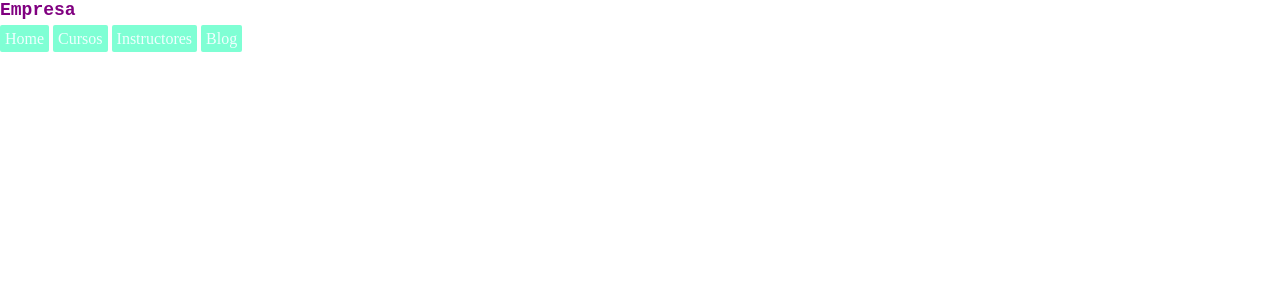
Repository: Daniel009980/daniel0099980
Page: especificidad/index.html
An editor plug-in stored every save of this project. The page is shown before and after the next save, followed by the edit.
The browser window is 1280 px wide. The pictures show the whole page.

Above is the page before, as saved 2022-09-14 22:29:40.

### especificidad/index.html
<!DOCTYPE html>
<html lang="en">
<head>
    <meta charset="UTF-8">
    <meta http-equiv="X-UA-Compatible" content="IE=edge">
    <meta name="viewport" content="width=device-width, initial-scale=1.0">
    <title>Especificidad</title>
    <link rel="stylesheet" href="./style.css">
</head>
<body>
    <header class="page-header">
        <h1 id="page-title" class="title">Empresa</h1>  <!-- este id que aparece en la etique solo se puede usar una vez con ese nombre porque los ids son unicos y especificos a diferencia de las class que son mas genericas -->
        <nav>
            <ul id="main-nav" class="nav">
                <li><a href="">Home</a></li>
                <li><a href="">Cursos</a></li>
                <li><a href="">Instructores</a></li>
                <li><a href="" class="blog">Blog</a></li>   <!-- style="background-color: brown;" se retira el estilo embebido para que se aplique los estilos desde la hoja de estilos y no tengamos problemas despues  -->   <!-- los estilos enbebidos con mas importantes que las clases por lo que si ponemos un estilo embebido como etiqueta no podremos modificarlo desde la hoja de estilo por lo que es de mala practica usar estilos embebidos -->
            </ul>
        </nav>
    </header>
</body>
</html>

### especificidad/style.css

*{
    box-sizing: border-box;
    margin: 0%;
    padding: 0%;
}
h1{
    color:purple ;
    font-family: serif;
    margin-bottom: 10px;
}

/* #page-title{
    font-family: Arial, Helvetica, sans-serif;      podemos retirar este id ya que contiene una clase entonces no necesitamos tener este id y en la clase podemos poner el estulo de fuente que queramos
} */

.title{                                 /* este title esta en las etiquetas de h1 y com oaqui le damos un estilo a h1 de tipo de fuente que va a usar en esta parte le estamos dando el tamaño asi que ghay que tener cuidadi cuando trabajemos con varias etiquetas  */
    font-size: 18px;
    font-family: monospace;
}
/* esta es la especificidad de cascada como se puede ver
h1 ya tiene el tipo de fuente que se esta itulizando por lo  que en title se va
a ignorar la fuente que le queremos poner porque h1 esta arriba de title */

/* #main- */.nav{
    margin-top: 10px;
    list-style-type: none;
    padding-left: 0px;
}

/* #main- */.nav li{
    display: inline-block;
}

/* #main- */.nav a{
    color: azure;
    background-color: aquamarine;
    padding: 5px;
    border-radius: 2px;
    text-decoration: none;
}

/* podeos empezar a retirar los id de nav mandando a llamar directamente a nav y va a seguir funcionando bien el programa porque hayq ue recordar que usar mucho id puede llegar a seer mala practica */


/* #main-nav .blog{
    background-color: blue!important;   se puede usar la etiqueta !important para darle la mayor prioridad al estilo pero no es buena practica usar el important porque nos puede causar problemas posteriomente
}

 */

After the next save:
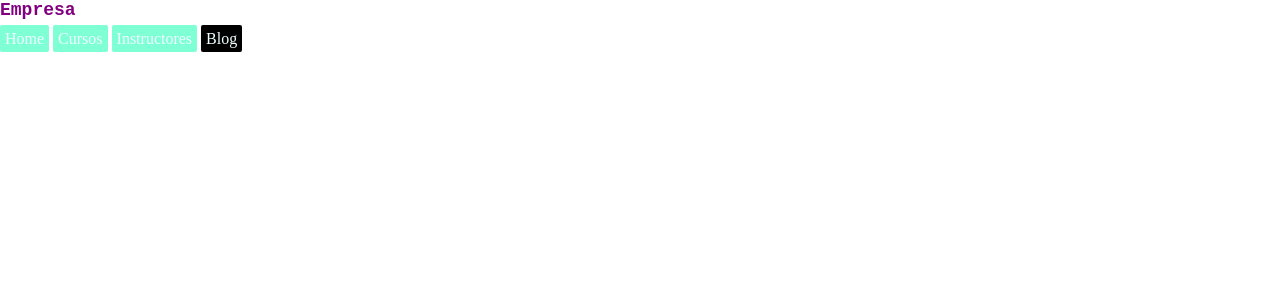
Saved 49 s later.
--- a/especificidad/style.css
+++ b/especificidad/style.css
@@ -40,7 +40,12 @@ a ignorar la fuente que le queremos poner porque h1 esta arriba de title */
     text-decoration: none;
 }
 
+.nav .blog{
+    background-color: black;
+}
+
 /* podeos empezar a retirar los id de nav mandando a llamar directamente a nav y va a seguir funcionando bien el programa porque hayq ue recordar que usar mucho id puede llegar a seer mala practica */
+
 
 
 /* #main-nav .blog{
